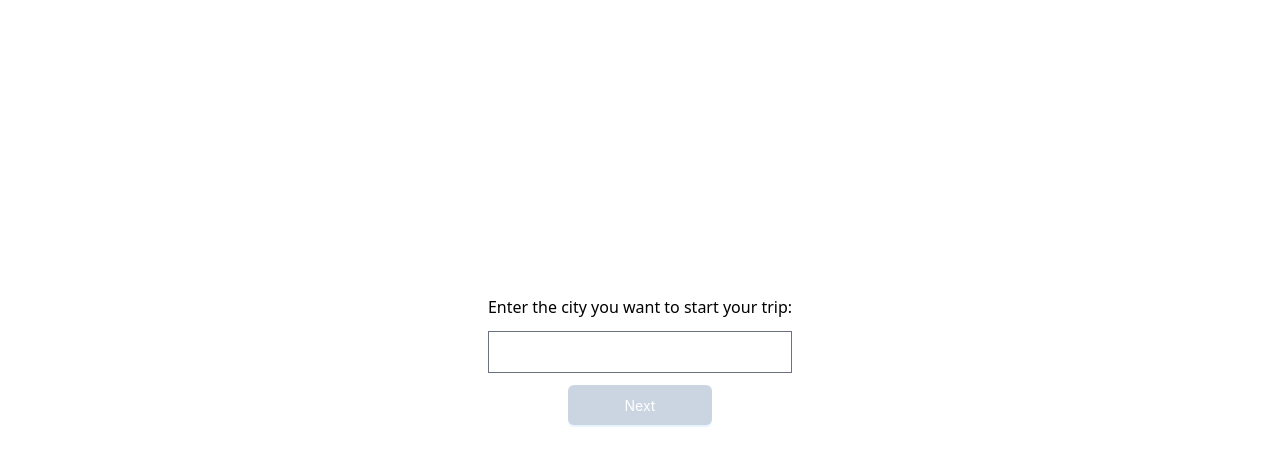
Repository: hjzccc/travel-planner
Page: /
The author's editor kept a copy of each file at every save. The page is drawn from the files as they stood at one save, then again after the next save.
The browser window is 1280 px wide. The pictures show the whole page.
The project was rebuilt for these pictures with package versions that can differ from the ones it lists, and the page was loaded fresh each time. The framework's server and built-in components were replaced by stand-ins that run in the browser. Also part of the build but not shown: next.config.js.

Above is the page before, as saved 2023-06-19 23:37:22.

### app/layout.tsx
"use client";
import { Provider } from "react-redux";
import "./globals.css";
import store from "@/store/store";
export default function RootLayout({
  children,
}: {
  children: React.ReactNode;
}) {
  return (
    <html lang="en">
      <body>
        <Provider store={store}>{children}</Provider>
      </body>
    </html>
  );
}

### app/page.tsx
"use client";
import { useTravelPlanDataRedux } from "@/hooks/travelPlanData/hooks";
import { useState } from "react";
import { useRouter } from "next/navigation";
import { Input, Button } from "antd";
export default function Home() {
  const router = useRouter();
  const [city, setCity] = useState<string>("");
  const { doSetDestination } = useTravelPlanDataRedux();
  const onBlur = () => {
    if(!city) {
      console.log('Input is empty')
    }
  }
  return (
    <div className="flex items-center justify-center w-screen h-screen ">
      <div className="flex flex-col items-center">
        <p>Enter the city you want to start your trip:</p>
        <Input
          className="block mx-2 my-3"
          type="text"
          name="city"
          onChange={(e) => {
            setCity(e.target.value);
          }}
          onBlur={onBlur}
        />
        <Button
          type="primary"
          className="h-10 bg-slate-300 w-36"
          onClick={() => {
            doSetDestination(city);
            router.push("/days");
          }}
        >
          Next
        </Button>
      </div>
    </div>
  );
}

### store/store.ts
import { configureStore } from "@reduxjs/toolkit";
import { travelPlanDataSlice } from "./travelPlanDataSlice";
const store = configureStore({
  reducer: {
    travelPlanData: travelPlanDataSlice.reducer,
  },
});
export default store;

### hooks/travelPlanData/hooks.ts
import { useAppDispath, useAppSelector } from "../redux/hooks";
import {
  setDestination,
  setFeatures,
  setDays,
  setTripLevel,
  setTravelPlanData,
  travelPlanDataType,
} from "@/store/travelPlanDataSlice";
export const useTravelPlanDataRedux = () => {
  const dispatch = useAppDispath();
  const { travelPlanData } = useAppSelector((state) => ({
    travelPlanData: state.travelPlanData,
  }));
  const doSetDay = (days: number) => {
    dispatch(setDays(days));
  };
  const doSetDestination = (destination: string) => {
    dispatch(setDestination(destination));
  };
  const doSetFeatures = (features: string[]) => {
    dispatch(setFeatures(features));
  };
  const doSetTripLevel = (tripLevel: "luxury" | "normal" | "budget") => {
    dispatch(setTripLevel(tripLevel));
  };
  const doSetTravelPlanData = (travelPlanData: travelPlanDataType) => {
    dispatch(setTravelPlanData(travelPlanData));
  };
  return {
    travelPlanData,
    doSetDay,
    doSetDestination,
    doSetFeatures,
    doSetTripLevel,
    doSetTravelPlanData,
  };
};

### store/travelPlanDataSlice.ts
import { useDispatch } from "react-redux";
import { PayloadAction, createSlice } from "@reduxjs/toolkit";

export type travelPlanDataType = {
  destination: string;
  features: string[];
  tripLevel: "luxury" | "normal" | "budget";
  days: number;
};
const initialState: travelPlanDataType = {
  destination: "",
  features: [],
  tripLevel: "normal",
  days: 1,
};
export const travelPlanDataSlice = createSlice({
  name: "travelPlanData",
  initialState: initialState,
  reducers: {
    setDestination: (state, action: PayloadAction<string>) => {
      state.destination = action.payload;
      return state;
    },
    setFeatures: (state, action: PayloadAction<string[]>) => {
      state.features = action.payload;
      return state;
    },
    setTripLevel: (
      state,
      action: PayloadAction<"luxury" | "normal" | "budget">
    ) => {
      state.tripLevel = action.payload;
      return state;
    },
    setDays: (state, action: PayloadAction<number>) => {
      state.days = action.payload;
      return state;
    },
    setTravelPlanData: (state, action: PayloadAction<travelPlanDataType>) => {
      state = action.payload;
      return state;
    },
  },
});

export const {
  setDestination,
  setFeatures,
  setTripLevel,
  setDays,
  setTravelPlanData,
} = travelPlanDataSlice.actions;

### hooks/redux/hooks.ts
import store from "@/store/store";
import { TypedUseSelectorHook, useDispatch, useSelector } from "react-redux";

type RootState = ReturnType<typeof store.getState>;
type AppDispatch = typeof store.dispatch;
export const useAppDispath: () => AppDispatch = useDispatch;
export const useAppSelector: TypedUseSelectorHook<RootState> = useSelector;

Loaded but not shown: app/globals.css (common file); tailwind.config.js (common file)

After the next save:
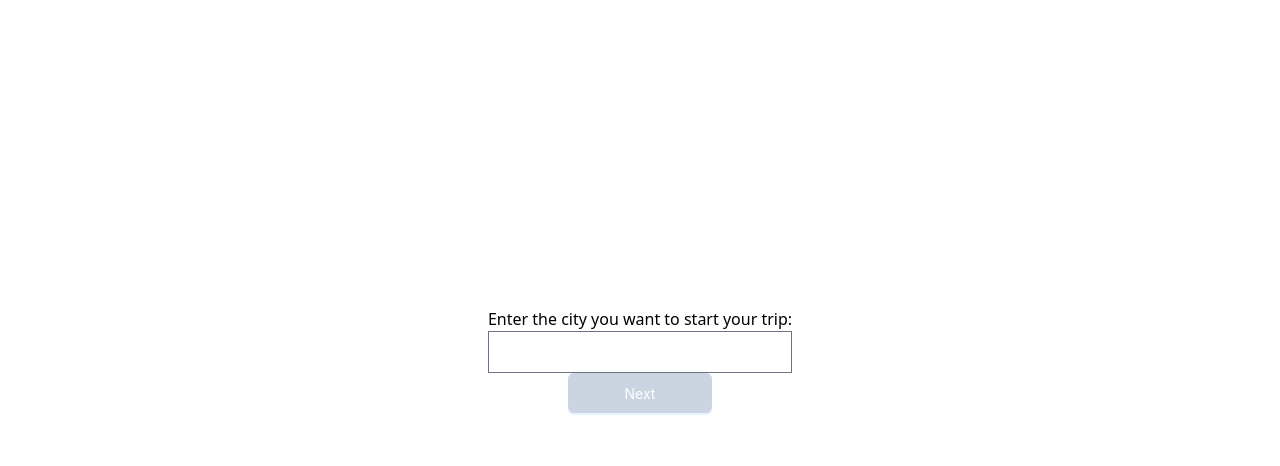
Saved 38 s later.
--- a/app/page.tsx
+++ b/app/page.tsx
@@ -17,7 +17,7 @@
       <div className="flex flex-col items-center">
         <p>Enter the city you want to start your trip:</p>
         <Input
-          className="block mx-2 my-3"
+          className="block"
           type="text"
           name="city"
           onChange={(e) => {

After the save that followed:
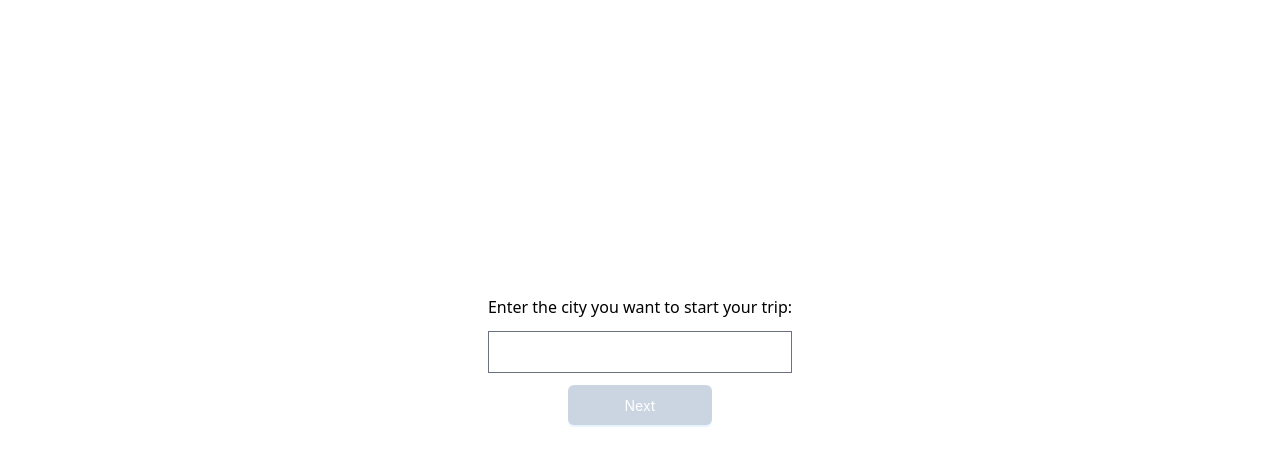
Saved 4 s later.
--- a/app/page.tsx
+++ b/app/page.tsx
@@ -17,7 +17,7 @@
       <div className="flex flex-col items-center">
         <p>Enter the city you want to start your trip:</p>
         <Input
-          className="block"
+          className="block mx-2 my-3"
           type="text"
           name="city"
           onChange={(e) => {
